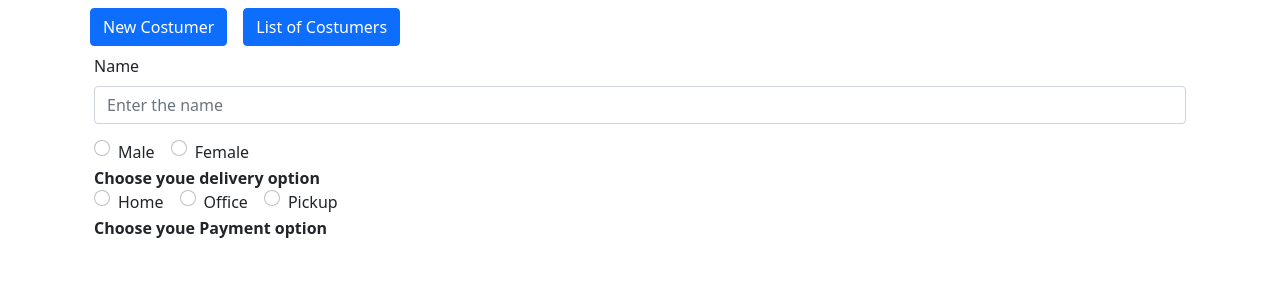
Repository: Sanjayjangra88/combo_app
Page: /, after clicking the first element matching `button.btn`
These files come from the project's save history. The page is drawn as it stood at one moment and after the next save; the edit follows.
The browser window is 1280 px wide. The pictures show the whole page.
Some web libraries are served in a nearby version. The project was rebuilt for these pictures with package versions that can differ from the ones it lists, and the page was loaded fresh each time. Also part of the build but not shown: src/App.js.

Above is the page before, as saved 2022-06-04 13:04:41.

After the next save:
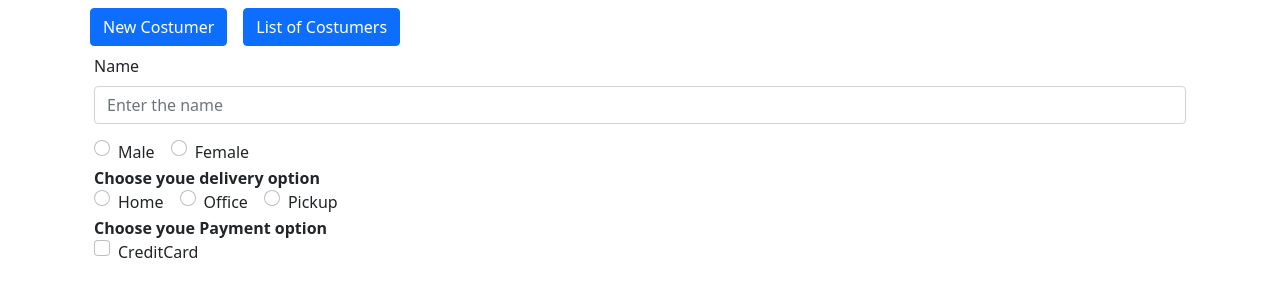
Saved 3 min 7 s later.
--- a/src/Components/dpForm.jsx
+++ b/src/Components/dpForm.jsx
@@ -13,8 +13,8 @@ export class dpForm extends Component {
         this.setState(s1);
     }
   render() {
-      const{name,gender,del}=this.state.costumers;
-      const{optionArry,optionSell}=this.props;
+      const{name,gender,del,payment}=this.state.costumers;
+
     return (
       <div className='container'>
            <div className="form-group">
@@ -73,7 +73,16 @@ export class dpForm extends Component {
                     <label className="form-check-label">Pickup</label>
                 </div><br/>
                 <label className="form-check-label font-weight-bold">Choose youe Payment option</label><br/>
-
+                <div className="form-check form-check-inline">
+                    <input
+                    className="form-check-input"
+                    type="checkbox"
+                    name="payment"
+                    value="creditCard"
+                    checked={payment==="creditCard"}
+                    onChange={this.handelChange}/>
+                    <label className="form-check-label">CreditCard</label>
+                </div>
 
       </div>
     )
